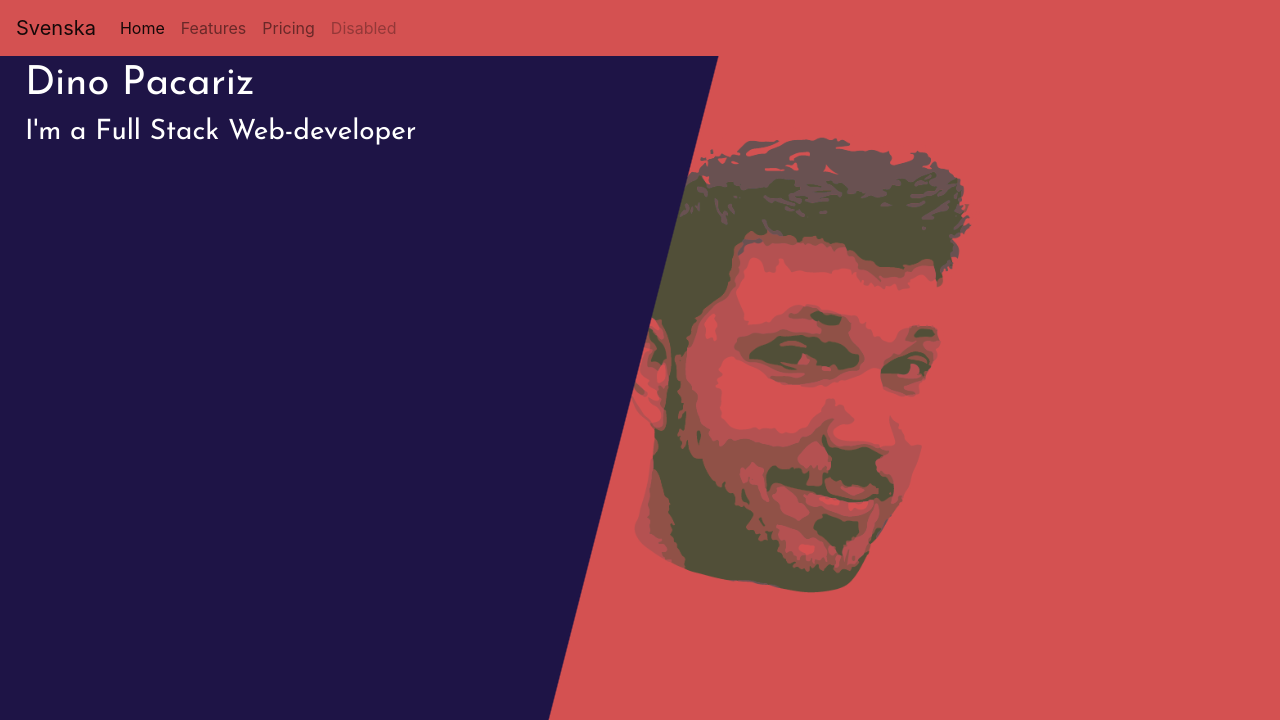
Repository: ImDino/Portfolio
Page: index.html
These files come from the project's save history. The page is drawn as it stood at one moment and after the next save; the edit follows.
The browser window is 1280 px wide. The pictures show the whole page.
Some web libraries are served in a nearby version. The style sheet was rebuilt from its Sass, Less or Tailwind sources for each picture, by a compiler version that may differ from the author's.

Above is the page before, as saved 2020-11-04 13:00:14.

After the next save:
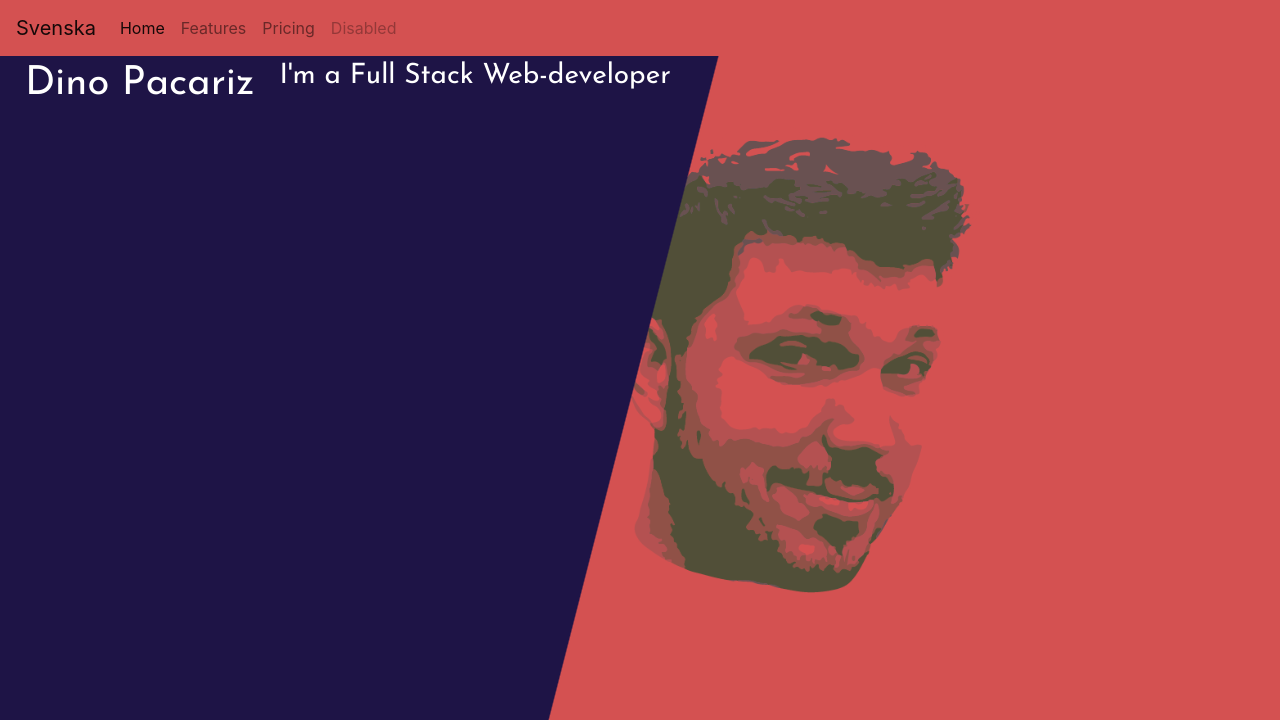
Saved 14 s later.
--- a/scss/main.scss
+++ b/scss/main.scss
@@ -26,6 +26,8 @@ body {
     background: linear-gradient(104.35deg, #1E1446 50%, rgba(255, 255, 255, 0) 50.1%);
     // display: grid;
     // place-content: center left;
+    display: flex;
+    justify-items: center;
 
     h1, h3 {
         margin-left: 25px;

After the save that followed:
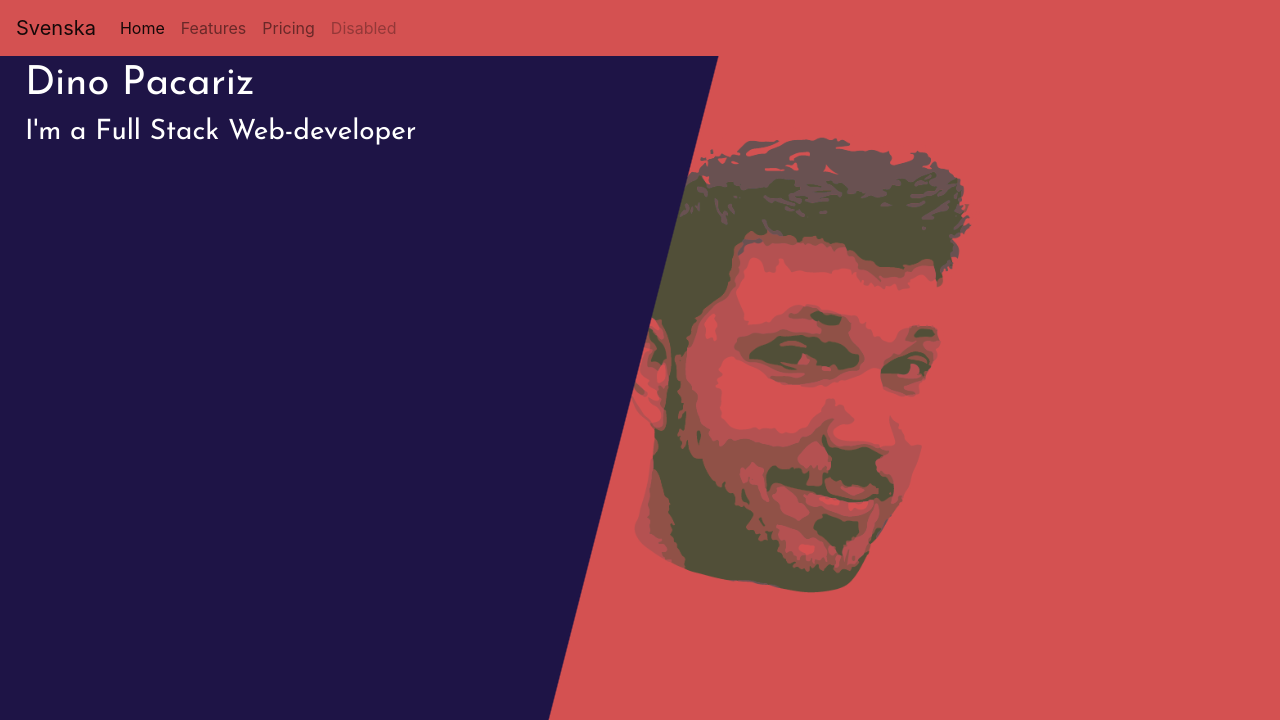
Saved 20 s later.
--- a/index.html
+++ b/index.html
@@ -41,8 +41,10 @@
         </div>
     </nav>
     <div id='purple-div'>
-        <h1>Dino Pacariz</h1>
-        <h3>I'm a Full Stack Web-developer</h3>
+        <div>
+            <h1>Dino Pacariz</h1>
+            <h3>I'm a Full Stack Web-developer</h3>
+        </div>
     </div>
     <div id='face'>
     </div>
